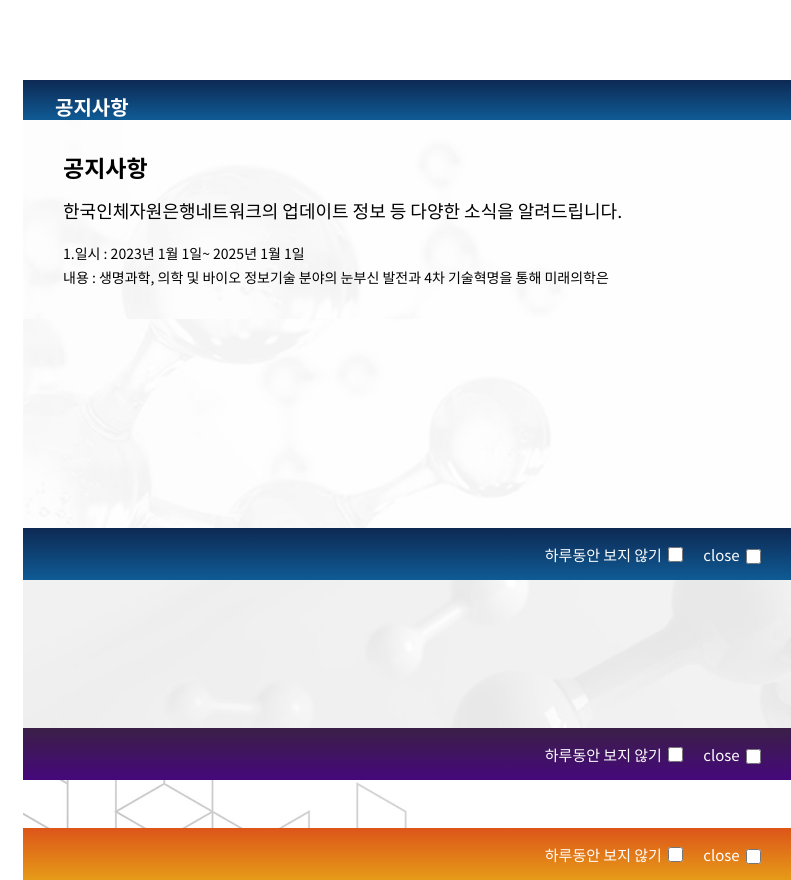
Repository: dlgywls1130/common_popup
Page: index.html
An editor plug-in stored every save of this project. The page is shown before and after the next save, followed by the edit.
The browser window is 768 px wide. The page is 791 px wide, so the pictures cover 791 px, including what lies to the right of the window. The pictures show the whole page.

Above is the page before, as saved 2023-10-26 01:02:10.

After the next save:
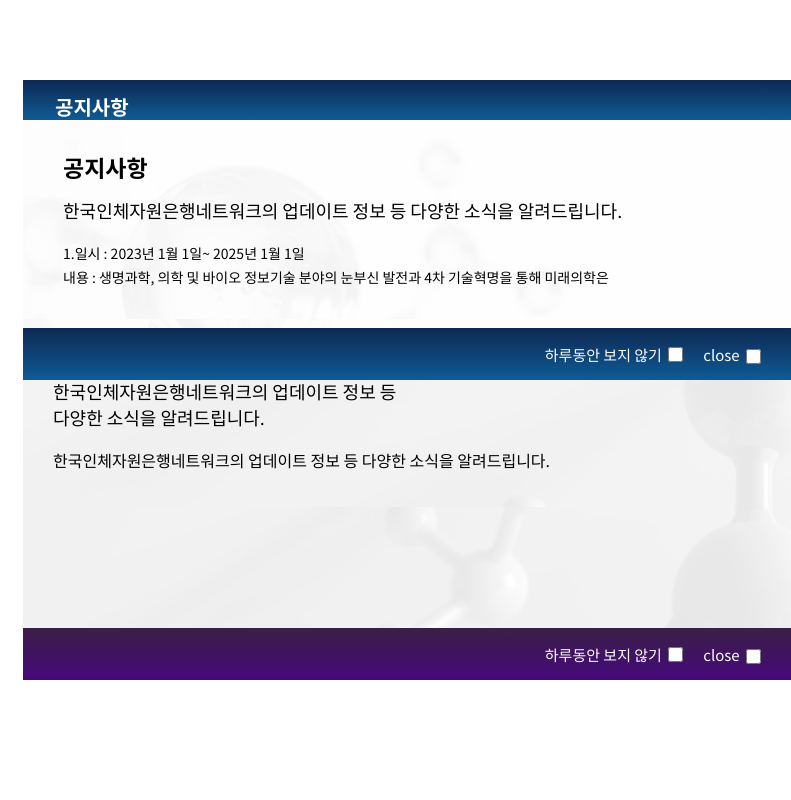
Saved 49 s later.
--- a/style.css
+++ b/style.css
@@ -201,25 +201,25 @@ time, mark, audio, video {
 @media screen and (max-width:768px) {
     .common_modal.blue {
         width: 100%;
+        height: 400px;
+        left: 3%;
+    }
+
+    .common_modal.orange {
+        width: 100%;
+        height: 500px;
+        left: 3%;
+    }
+
+    .common_modal.purple {
+        width: 100%;
         height: 600px;
         left: 3%;
     }
 
-    .common_modal.orange {
-        width: 100%;
-        height: 800px;
-        left: 3%;
-    }
-
-    .common_modal.purple {
-        width: 100%;
-        height: 700px;
-        left: 3%;
-    }
-
     .common_modal.sky {
         width: 100%;
-        height: 500px;
+        height: 300px;
         left: 3%;
     }
 
